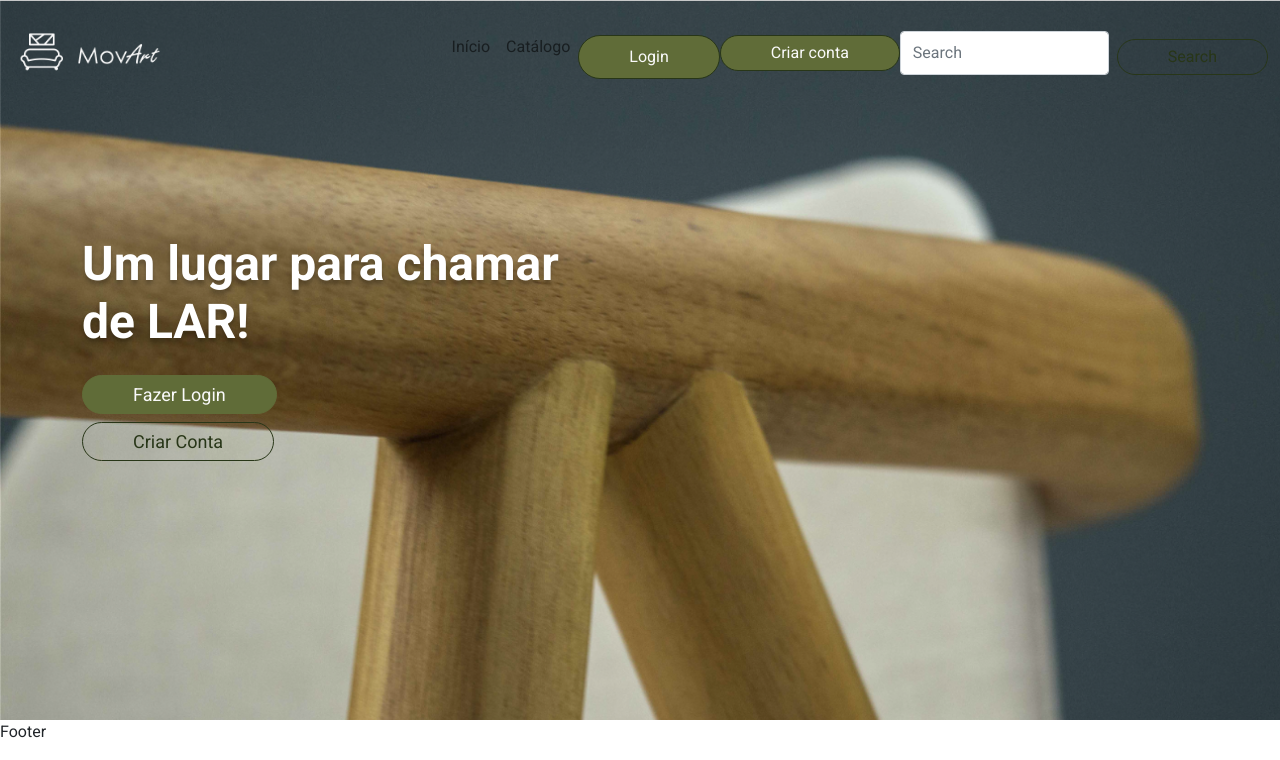
Repository: telesbp/Projeto-4-e-Projeto-5
Page: / (app in front-end/)
The author's editor kept a copy of each file at every save. The page is drawn from the files as they stood at one save, then again after the next save.
The browser window is 1280 px wide. The pictures show the whole page.
The project was rebuilt for these pictures with package versions that can differ from the ones it lists, and the page was loaded fresh each time.

Above is the page before, as saved 2022-07-17 18:00:16.

After the next save:
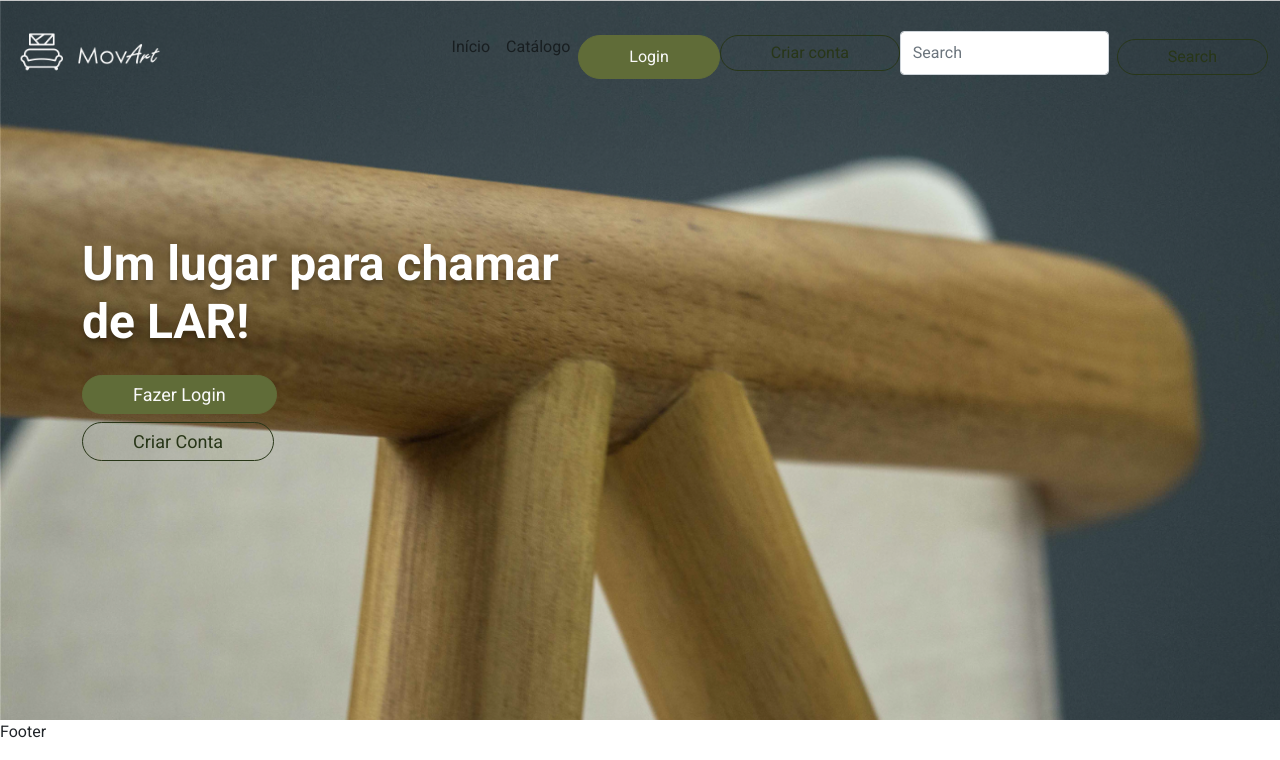
Saved 114 s later.
--- a/front-end/src/components/Layout/Header.tsx
+++ b/front-end/src/components/Layout/Header.tsx
@@ -19,8 +19,8 @@ export function Header() {
           <Nav className="ms-auto">
             <Nav.Link as={Link} to="/" className="justify-contend-center text-center">Início</Nav.Link>
             <Nav.Link as={Link} to="/catálogo" className="justify-contend-center text-center">Catálogo</Nav.Link>
-            <CustomButton className="mt-2" >Login</CustomButton>
-            <CustomButton className="mt-2 mb-2" >Criar conta</CustomButton>
+            <CustomButton className="mt-2" variant="primary">Login</CustomButton>
+            <CustomButton className="mt-2 mb-2" variant="outline-primary">Criar conta</CustomButton>
         </Nav>
             <Form className="d-flex">
               <Form.Control
